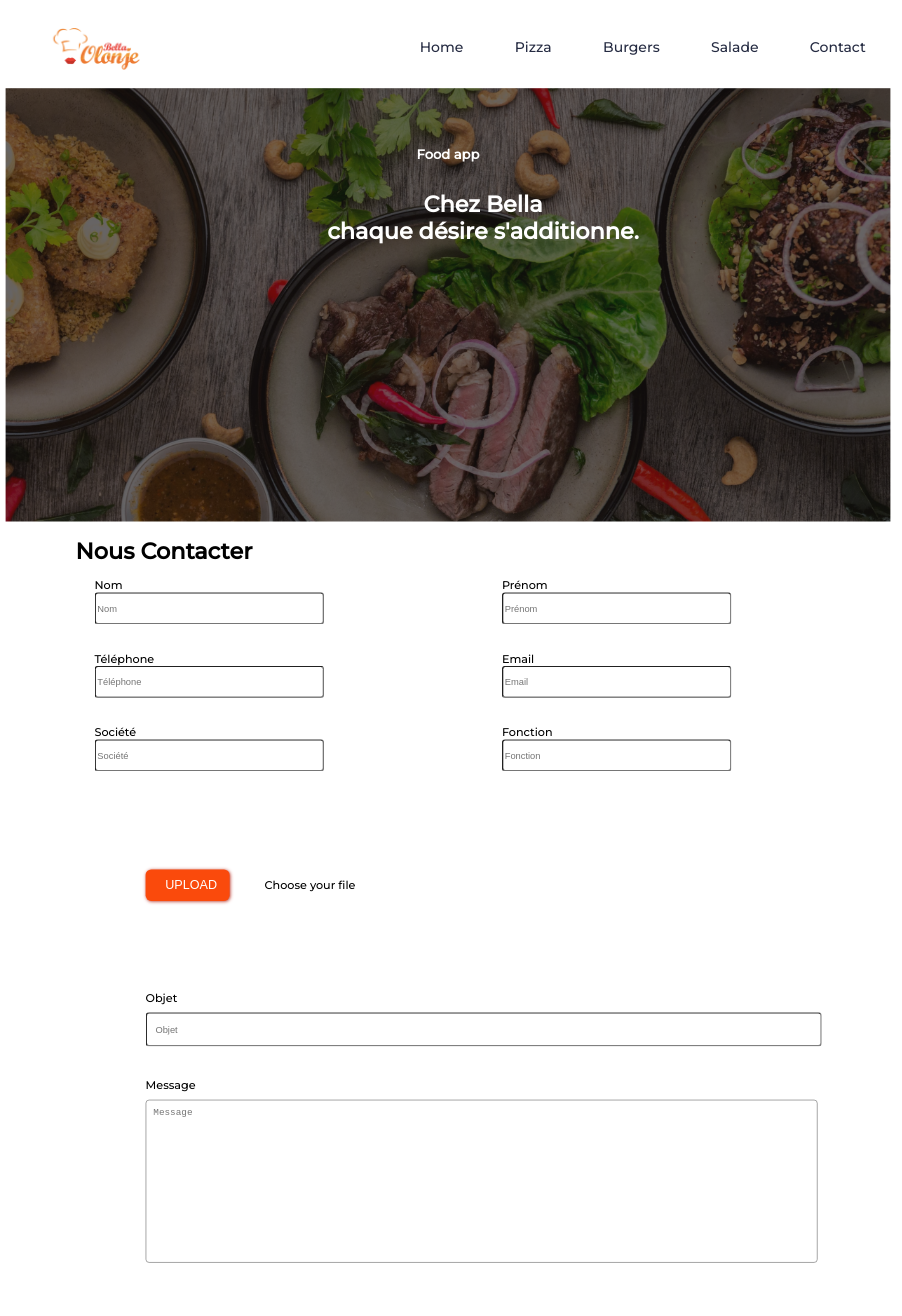
Repository: Ahlam-belhadj/bella-olange
Page: index3.html
An editor plug-in stored every save of this project. The page is shown before and after the next save, followed by the edit.
The browser window is 1280 px wide. The page is 1288 px wide, then 1280 px, so the pictures cover 1288 px, including what lies to the right of the window. The pictures show the part of the page from y = 0 to 1880 px (the page is 2458 px tall before and 2340 px after), at 70% of full size.
Pictures or frames that could not be fetched are drawn as grey boxes.

Above is the page before, as saved 2023-02-14 16:22:14.

After the next save:
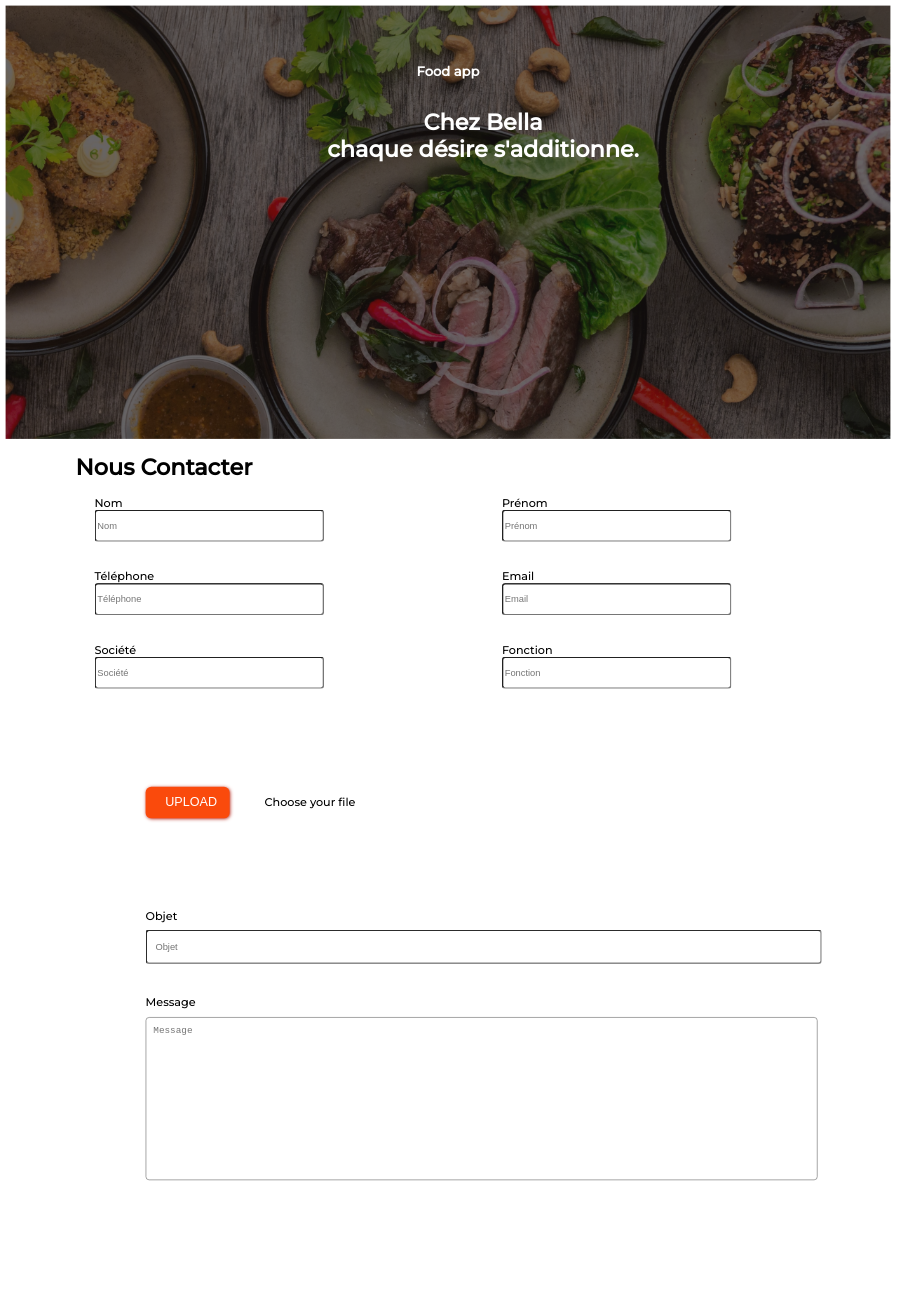
Saved 4 min 19 s later.
--- a/index3.html
+++ b/index3.html
@@ -12,38 +12,6 @@
 
 <body>
     <header>
-        <nav class="navbar">
-            <div class="logo_header">
-               <a href="index.html" class="logo"></a>
-               <img src="image/logo_bella_olonje.png" alt="Logo_page"/>
-            </div>
-            <!-- menu -->
-            <ul class="main_nav">
-               <li class="red"> <a href="index.html" class="nav_links Big">Home</a> </li>
-               <li> <a href="#Pizza" class="nav_links">Pizza</a> </li>
-               <li> <a href="#Burgers" class="nav_links">Burgers</a> </li>
-               <li> <a href="#salade" class="nav_links">Salade</a> </li>
-               <li> <a href="contact.html" class="nav_links">Contact</a> </li>
-            </ul>
-         </nav>
-         <!-- Hamburger Menu -->
-         <div class="hamburgermenu">
-            <div class="testons">
-               <div class="logo_header"> <a href="index.html" class="logo"></a> <img src="images/logo_bella_olonje.png" alt="Logo_page" /> </div>
-               <div class="hamburgericon"> <label for="toggle"> <i class="fas fa-bars hamburger"></i> </label> </div>
-            </div>
-            <!-- Small display Responsive Navigation begins --> <input type="checkbox" id="toggle" name="toggle">
-            <nav class="navigation--responsive">
-               <ul>
-                  <li class="red"> <a href="index.html" class="nav_links Big">Home</a> </li>
-                  <li> <a href="#Pizza" class="nav_links">Pizza</a> </li>
-                  <li> <a href="#Burgers" class="nav_links">Burgers</a> </li>
-                  <li> <a href="#salade" class="nav_links">Salade</a> </li>
-                  <li> <a href="contact.html" class="nav_links">Contact</a> </li>
-               </ul>
-            </nav>
-            <!-- responsive nav ends-->
-         </div>
 
         <div class="title">
             <div class="texte">
